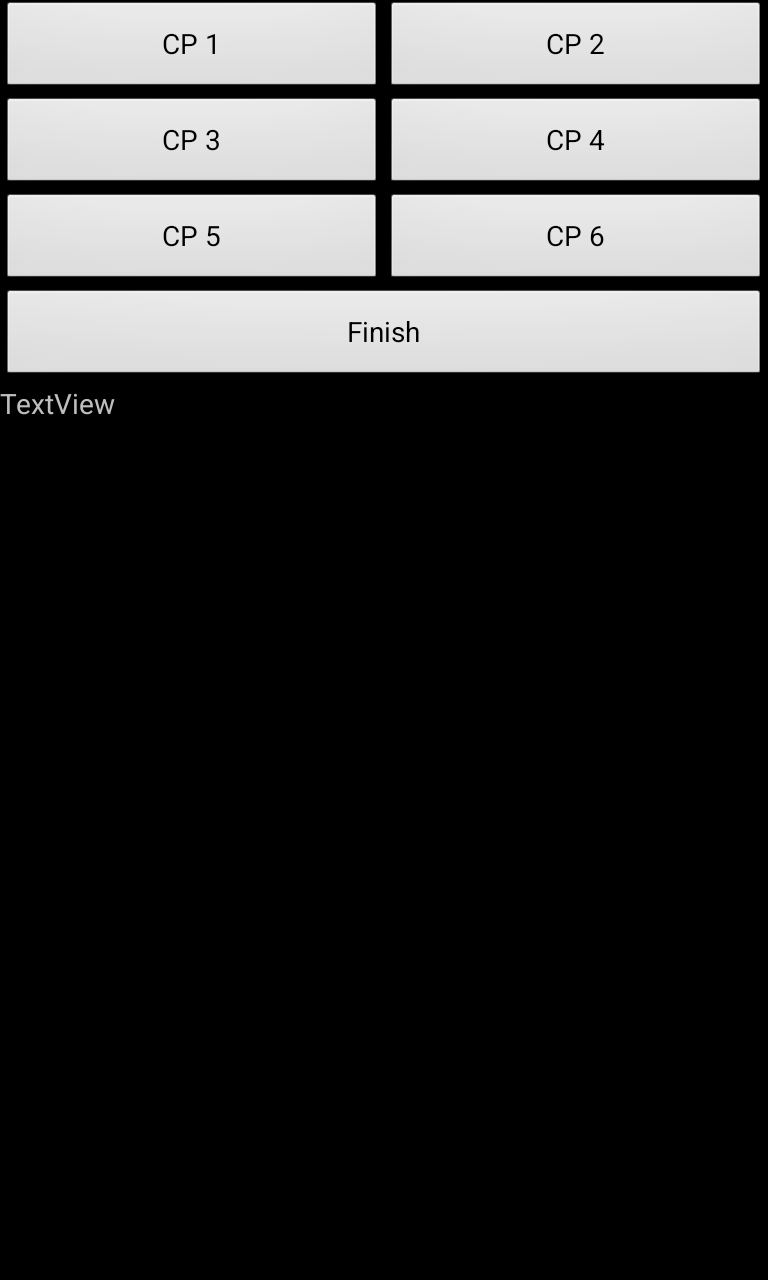
Repository: lotze/AndroidCheckpointScanner
Layout: checkpoint_android_app/res/layout/main.xml
An editor plug-in stored every save of this project. The layout is shown before and after the next save, followed by the edit.
It is drawn on a 768 x 1280 px phone screen (xhdpi) without system bars, with theme android:Theme; the app's code is not run.

Above is the layout before, as saved 2011-05-25 06:52:53.

### checkpoint_android_app/res/layout/main.xml
<?xml version="1.0" encoding="utf-8"?>
<LinearLayout xmlns:android="http://schemas.android.com/apk/res/android"
    android:orientation="vertical"
    android:layout_width="fill_parent"
    android:layout_height="fill_parent"
    >
    <TableLayout android:layout_height="wrap_content" android:layout_width="fill_parent" android:id="@+id/tableLayout1">
        <TableRow android:id="@+id/tableRow1" android:layout_height="wrap_content" android:layout_gravity="center_horizontal" android:layout_weight="1" android:layout_width="fill_parent">
            <Button android:layout_height="wrap_content" android:layout_width="wrap_content" android:text="@string/CP1" android:id="@+id/cp1_button" android:layout_weight="1" android:onClick="selectCheckpoint"></Button>
            <Button android:layout_height="wrap_content" android:layout_width="wrap_content" android:text="@string/CP2" android:id="@+id/cp2_button" android:layout_weight="1" android:onClick="selectCheckpoint"></Button>
        </TableRow>
    </TableLayout>
    <TableRow android:layout_height="wrap_content" android:id="@+id/tableRow2" android:layout_width="fill_parent" android:layout_gravity="top">
        <Button android:layout_height="wrap_content" android:layout_width="wrap_content" android:text="@string/CP3" android:id="@+id/cp3_button" android:layout_weight="1" android:onClick="selectCheckpoint"></Button>
        <Button android:layout_height="wrap_content" android:layout_width="wrap_content" android:text="@string/CP4" android:id="@+id/cp4_button" android:layout_weight="1" android:onClick="selectCheckpoint"></Button>
    </TableRow>
    <TableRow android:layout_height="wrap_content" android:layout_width="fill_parent" android:id="@+id/tableRow4">
        <Button android:layout_height="wrap_content" android:text="@string/CP5" android:id="@+id/cp5_button" android:layout_width="wrap_content" android:layout_weight="1" android:onClick="selectCheckpoint"></Button>
        <Button android:layout_height="wrap_content" android:text="@string/CP6" android:id="@+id/cp6_button" android:layout_width="wrap_content" android:layout_weight="1" android:onClick="selectCheckpoint"></Button>
    </TableRow>
    <TableRow android:layout_height="wrap_content" android:layout_width="fill_parent" android:id="@+id/tableRow5">
    	<Button android:id="@+id/finish_button" android:text="@string/Finish" android:layout_height="wrap_content" android:layout_width="fill_parent" android:onClick="selectCheckpoint"></Button>
    </TableRow>
    <TableRow android:layout_height="wrap_content" android:layout_width="fill_parent" android:id="@+id/tableRow6">
	    <TextView android:layout_height="wrap_content" android:layout_width="wrap_content" android:id="@+id/textView1" android:text="TextView"></TextView>
    </TableRow>
</LinearLayout>

### checkpoint_android_app/res/values/strings.xml
<?xml version="1.0" encoding="utf-8"?>
<resources>
    <string name="hello">Hello World, SelectCheckpoint!</string>
    <string name="app_name">CheckPointScanner</string>
    <string name="CP1">CP 1</string>
    <string name="CP2">CP 2</string>
    <string name="CP3">CP 3</string>
    <string name="CP4">CP 4</string>
    <string name="CP5">CP 5</string>
    <string name="CP6">CP 6</string>
    <string name="Finish">Finish</string>
    <string name="Scan">Scan Barcode</string>
</resources>

After the next save:
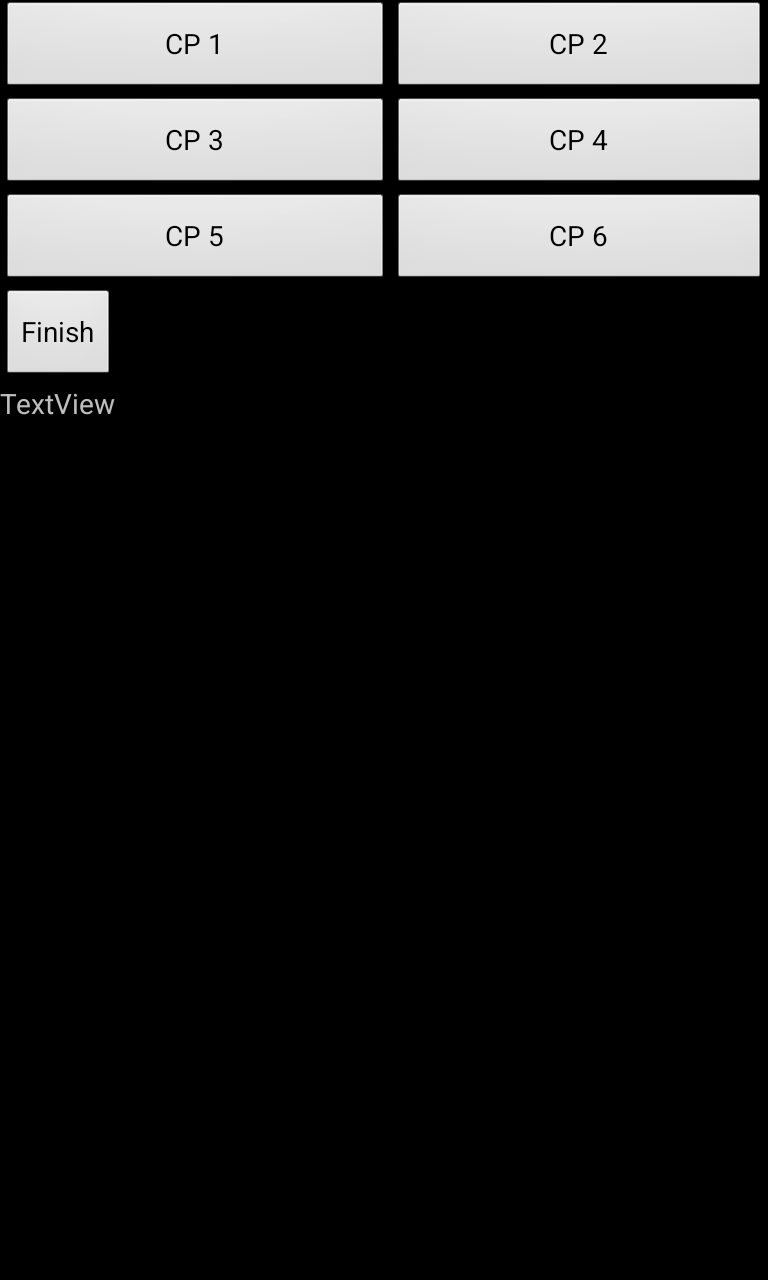
Saved 49 s later.
--- a/checkpoint_android_app/res/layout/main.xml
+++ b/checkpoint_android_app/res/layout/main.xml
@@ -9,19 +9,19 @@
             <Button android:layout_height="wrap_content" android:layout_width="wrap_content" android:text="@string/CP1" android:id="@+id/cp1_button" android:layout_weight="1" android:onClick="selectCheckpoint"></Button>
             <Button android:layout_height="wrap_content" android:layout_width="wrap_content" android:text="@string/CP2" android:id="@+id/cp2_button" android:layout_weight="1" android:onClick="selectCheckpoint"></Button>
         </TableRow>
+	    <TableRow android:layout_height="wrap_content" android:id="@+id/tableRow2" android:layout_width="fill_parent" android:layout_gravity="top">
+	        <Button android:layout_height="wrap_content" android:layout_width="wrap_content" android:text="@string/CP3" android:id="@+id/cp3_button" android:layout_weight="1" android:onClick="selectCheckpoint"></Button>
+	        <Button android:layout_height="wrap_content" android:layout_width="wrap_content" android:text="@string/CP4" android:id="@+id/cp4_button" android:layout_weight="1" android:onClick="selectCheckpoint"></Button>
+	    </TableRow>
+	    <TableRow android:layout_height="wrap_content" android:layout_width="fill_parent" android:id="@+id/tableRow4">
+	        <Button android:layout_height="wrap_content" android:text="@string/CP5" android:id="@+id/cp5_button" android:layout_width="wrap_content" android:layout_weight="1" android:onClick="selectCheckpoint"></Button>
+	        <Button android:layout_height="wrap_content" android:text="@string/CP6" android:id="@+id/cp6_button" android:layout_width="wrap_content" android:layout_weight="1" android:onClick="selectCheckpoint"></Button>
+	    </TableRow>
+	    <TableRow android:layout_height="wrap_content" android:layout_width="fill_parent" android:id="@+id/tableRow5">
+	    	<Button android:id="@+id/finish_button" android:text="@string/Finish" android:layout_height="wrap_content" android:layout_width="fill_parent" android:onClick="selectCheckpoint"></Button>
+	    </TableRow>
+	    <TableRow android:layout_height="wrap_content" android:layout_width="fill_parent" android:id="@+id/tableRow6">
+		    <TextView android:layout_height="wrap_content" android:layout_width="wrap_content" android:id="@+id/textView1" android:text="TextView"></TextView>
+	    </TableRow>
     </TableLayout>
-    <TableRow android:layout_height="wrap_content" android:id="@+id/tableRow2" android:layout_width="fill_parent" android:layout_gravity="top">
-        <Button android:layout_height="wrap_content" android:layout_width="wrap_content" android:text="@string/CP3" android:id="@+id/cp3_button" android:layout_weight="1" android:onClick="selectCheckpoint"></Button>
-        <Button android:layout_height="wrap_content" android:layout_width="wrap_content" android:text="@string/CP4" android:id="@+id/cp4_button" android:layout_weight="1" android:onClick="selectCheckpoint"></Button>
-    </TableRow>
-    <TableRow android:layout_height="wrap_content" android:layout_width="fill_parent" android:id="@+id/tableRow4">
-        <Button android:layout_height="wrap_content" android:text="@string/CP5" android:id="@+id/cp5_button" android:layout_width="wrap_content" android:layout_weight="1" android:onClick="selectCheckpoint"></Button>
-        <Button android:layout_height="wrap_content" android:text="@string/CP6" android:id="@+id/cp6_button" android:layout_width="wrap_content" android:layout_weight="1" android:onClick="selectCheckpoint"></Button>
-    </TableRow>
-    <TableRow android:layout_height="wrap_content" android:layout_width="fill_parent" android:id="@+id/tableRow5">
-    	<Button android:id="@+id/finish_button" android:text="@string/Finish" android:layout_height="wrap_content" android:layout_width="fill_parent" android:onClick="selectCheckpoint"></Button>
-    </TableRow>
-    <TableRow android:layout_height="wrap_content" android:layout_width="fill_parent" android:id="@+id/tableRow6">
-	    <TextView android:layout_height="wrap_content" android:layout_width="wrap_content" android:id="@+id/textView1" android:text="TextView"></TextView>
-    </TableRow>
 </LinearLayout>
